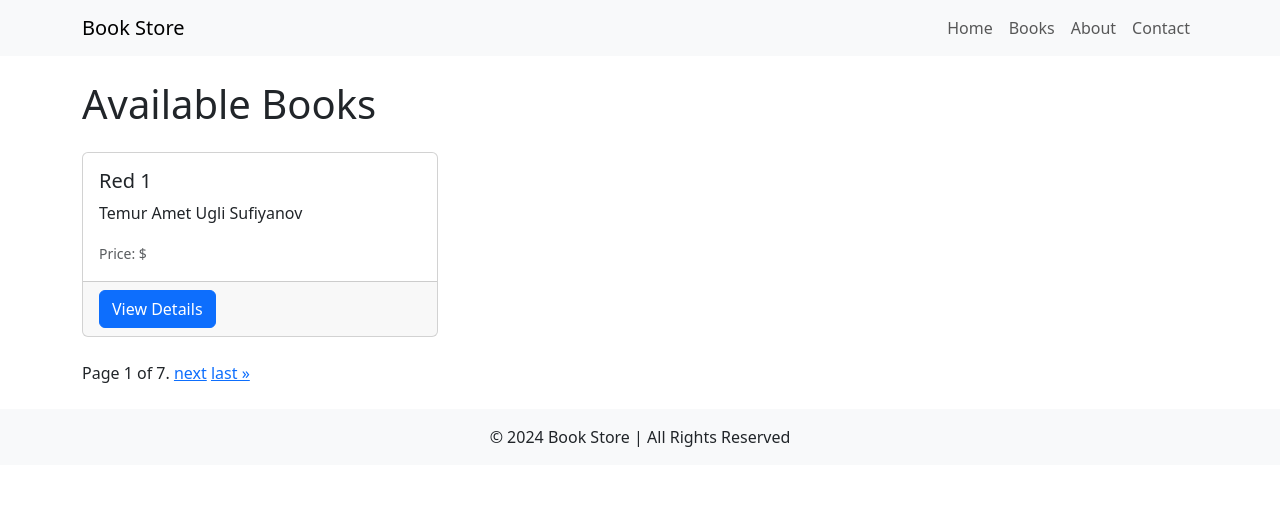
Repository: Temur-Sufiyanov/CBV
Page: http://localhost/
An editor plug-in stored every save of this project. The page is shown before and after a run of saves, followed by the edit.
The browser window is 1280 px wide. The pictures show the whole page.
The page is served by the project's application, run on Django 5.2 (manage.py). The page reads the database file committed with the project.

Above is the page before, as saved 2024-12-14 12:41:20.

After the next 6 saves:
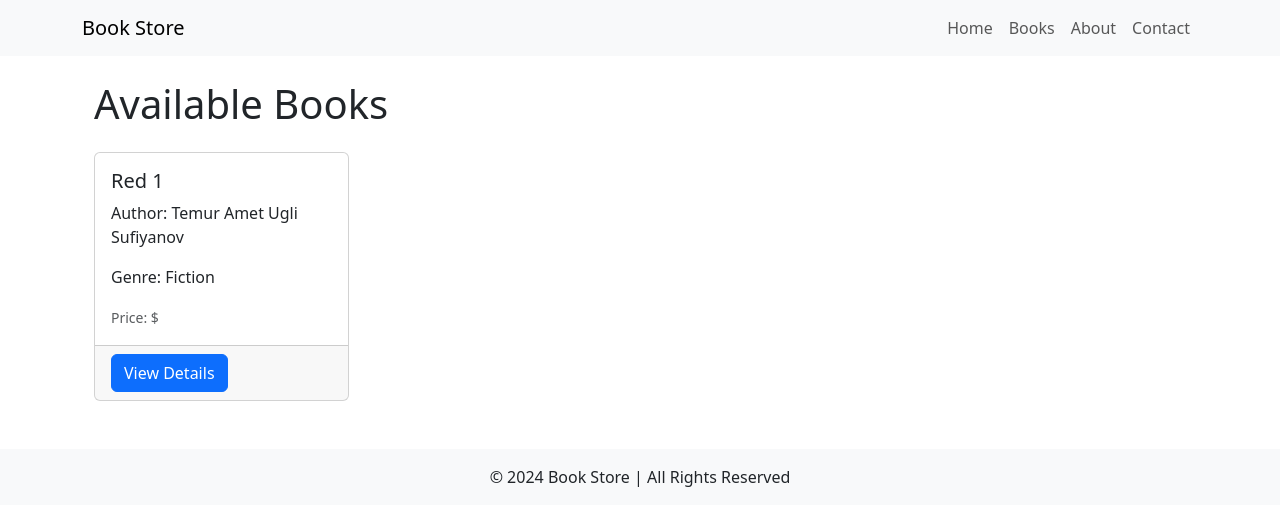
The 6 saves are shown as one change because 2 did not build or start and some came seconds apart.
The last was saved 15 min 59 s later.
--- a/book/templates/book/home.html
+++ b/book/templates/book/home.html
@@ -1,38 +1,48 @@
 {% extends 'book/base.html' %}
 
 {% block content %}
-<h1 class="mb-4">Available Books</h1>
-<div class="row">
-    {% for book in books %}
-        <div class="col-md-4 mb-4">
-            <div class="card h-100">
-                <div class="card-body">
-                    <h5 class="card-title">{{ book.title }}</h5>
-                    <p class="card-text">{{ book.author }}</p>
-                    <p class="card-text"><small class="text-muted">Price: ${{ book.price }}</small></p>
+<div class="container">
+    <div class="row">
+        <!-- Sidebar for Genres -->
+        {% comment %} <div class="col-md-3">
+            <h5>Genres</h5>
+            <ul class="list-group">
+                <li class="list-group-item">
+                    <a href="{% url 'genre' %}">All Books</a>
+                </li>
+                {% for genre in genres %}
+                <li class="list-group-item">
+                    <a href="?genre={{ genre.name }}">{{ genre.name }}</a>
+                </li>
+                {% endfor %}
+            </ul>
+        </div> {% endcomment %}
+
+        <!-- Main Content -->
+        <div class="col-md-9">
+            <h1 class="mb-4">Available Books</h1>
+            <div class="row">
+                {% for book in books %}
+                <div class="col-md-4 mb-4">
+                    <div class="card h-100">
+                        <div class="card-body">
+                            <h5 class="card-title">{{ book.title }}</h5>
+                            <p class="card-text">Author: {{ book.author }}</p>
+                            <p class="card-text">Genre: {{ book.genre }}</p>
+                            <p class="card-text">
+                                <small class="text-muted">Price: ${{ book.price }}</small>
+                            </p>
+                        </div>
+                        <div class="card-footer">
+                            <a href="{{ book.slug }}/" class="btn btn-primary">View Details</a>
+                        </div>
+                    </div>
                 </div>
-                <div class="card-footer">
-                    <a href="{{ book.slug}}/" class="btn btn-primary">View Details</a>
-                </div>
+                {% empty %}
+                <p>No books found for this genre.</p>
+                {% endfor %}
             </div>
         </div>
-    {% endfor %}
-</div>
-<div class="pagination">
-    <span class="step-links">
-        {% if page_obj.has_previous %}
-            <a href="?page=1">&laquo; first</a>
-            <a href="?page={{ page_obj.previous_page_number }}">previous</a>
-        {% endif %}
-
-        <span class="current">
-            Page {{ page_obj.number }} of {{ page_obj.paginator.num_pages }}.
-        </span>
-
-        {% if page_obj.has_next %}
-            <a href="?page={{ page_obj.next_page_number }}">next</a>
-            <a href="?page={{ page_obj.paginator.num_pages }}">last &raquo;</a>
-        {% endif %}
-    </span>
+    </div>
 </div>
 {% endblock %}
